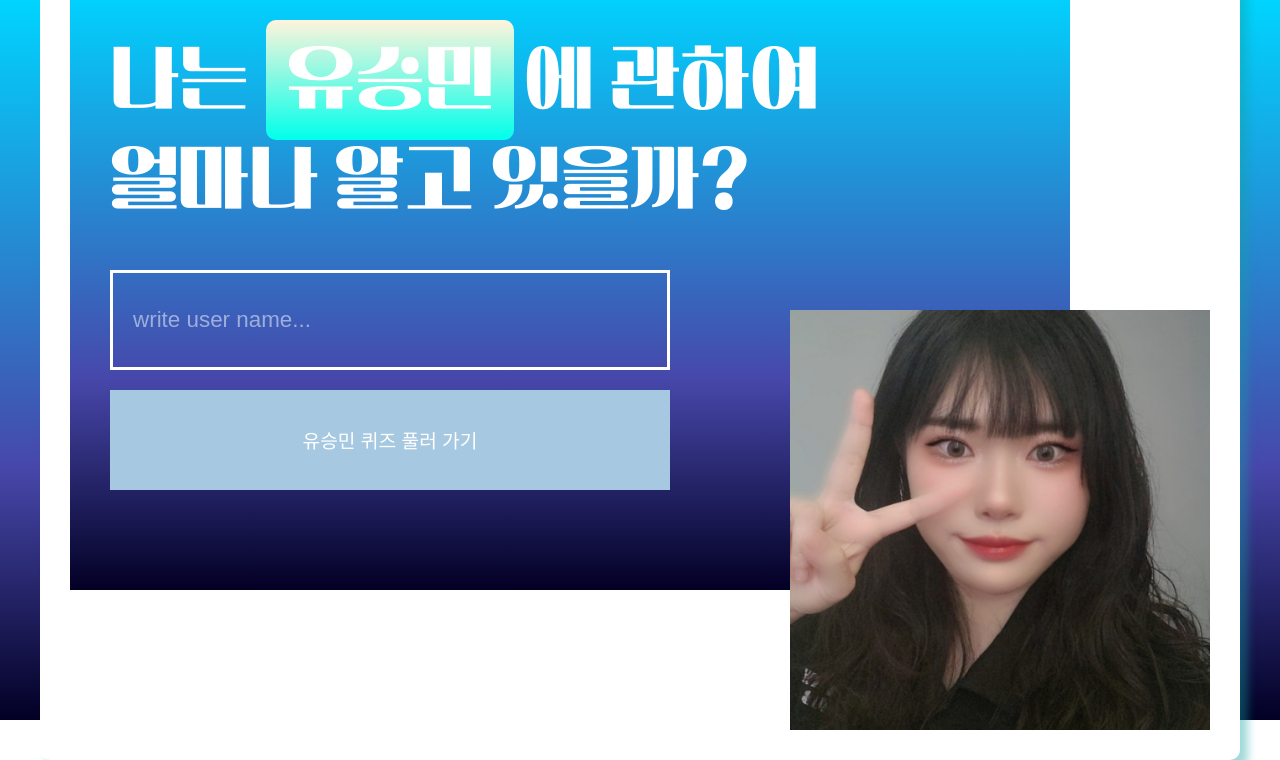
Repository: dnjfht/quiz3
Page: /
These files come from the project's save history. The page is drawn as it stood at one moment and after the next save; the edit follows.
The browser window is 1280 px wide. The pictures show the whole page.
The project was rebuilt for these pictures with package versions that can differ from the ones it lists, and the page was loaded fresh each time. Also part of the build but not shown: src/components/Progress.js, src/components/Quiz.js, src/components/Score.js, src/components/Message.js, src/components/Ranking.js, src/components/NotPage.js.

Above is the page before, as saved 2023-04-15 23:42:00.

### src/index.js
import React from "react";
import ReactDOM from "react-dom/client";
import "./index.css";
import App from "./App";
import reportWebVitals from "./reportWebVitals";
import { BrowserRouter } from "react-router-dom";
import { Provider } from "react-redux";
import store from "./redux/config/configStore";

const root = ReactDOM.createRoot(document.getElementById("root"));
root.render(
  <Provider store={store}>
    <BrowserRouter>
      <App />
    </BrowserRouter>
  </Provider>
);

// If you want to start measuring performance in your app, pass a function
// to log results (for example: reportWebVitals(console.log))
// or send to an analytics endpoint. Learn more: https://bit.ly/CRA-vitals
reportWebVitals();

### src/index.css
body {
  margin: 0;
  font-family: -apple-system, BlinkMacSystemFont, "Segoe UI", "Roboto", "Oxygen",
    "Ubuntu", "Cantarell", "Fira Sans", "Droid Sans", "Helvetica Neue",
    sans-serif;
  -webkit-font-smoothing: antialiased;
  -moz-osx-font-smoothing: grayscale;
}

code {
  font-family: source-code-pro, Menlo, Monaco, Consolas, "Courier New",
    monospace;
}

@font-face {
  font-family: "ddalgifont";
  src: url("./fonts/고령딸기체+TTF.ttf");
}

@font-face {
  font-family: "chabfont";
  src: url("./fonts/chab.ttf");
}

@font-face {
  font-family: "ddagfont";
  src: url("./fonts/ddag.ttf");
}

### src/App.js
import styled from "styled-components";
import Router from "./shared/Router";

const Wrap = styled.div`
  width: 100%;
  height: 100vh;
  background: rgb(2, 0, 36);
  background: linear-gradient(
    0deg,
    rgba(2, 0, 36, 1) 0%,
    rgba(71, 71, 170, 1) 35%,
    rgba(0, 212, 255, 1) 100%
  );

  position: relative;
`;

const ContentWrap = styled.div`
  width: 1200px;
  height: 800px;
  padding: 30px;
  box-sizing: border-box;
  background-color: white;
  border-radius: 10px;
  box-shadow: 8px 8px 8px rgba(21, 159, 161, 0.4);

  position: absolute;
  top: 50%;
  margin-top: -400px;
  left: 50%;
  margin-left: -600px;
`;

function App() {
  return (
    <Wrap>
      <ContentWrap>
        <Router />
      </ContentWrap>
    </Wrap>
  );
}

export default App;

### src/redux/config/configStore.js
import { combineReducers, createStore, applyMiddleware } from "redux";
import thunk from "redux-thunk";
import quiz from "../modules/quiz";
import rank from "../modules/rank";

const middlewares = [thunk];
// 미들웨어들도 하나로 묶어줘야 힘.

const rootReducer = combineReducers({
  quiz: quiz,
  rank: rank,
});

const enhancer = applyMiddleware(...middlewares);
// reducer 말고 옵셔널하게 추가하는 애들의 모음.
// 여기 미들웨어를 적용해 넣을 거임.

const store = createStore(rootReducer, enhancer);
export default store;

### src/shared/Router.js
import React from "react";
import { Routes, Route } from "react-router-dom";
import Start from "../components/Start";
import Quiz from "../components/Quiz";
import Score from "../components/Score";
import Message from "../components/Message";
import Ranking from "../components/Ranking";
import NotPage from "../components/NotPage";

export default function Router() {
  return (
    <>
      <Routes>
        <Route path="/" element={<Start />} />
        <Route path="/quiz" element={<Quiz />} />
        <Route path="/score" element={<Score />} />
        <Route path="/message" element={<Message />} />
        <Route path="/ranking" element={<Ranking />} />
        <Route path="*" element={<NotPage />} />
      </Routes>
    </>
  );
}

### src/redux/modules/quiz.js
// action value
const ADDUSERANSWER = "add_user_answer";
const RESETUSERANSWER = "reset_user_answer";

// action creator

export const AddUserAnswer = (payload) => {
  return {
    type: ADDUSERANSWER,
    payload: payload,
  };
};

export const ResetUserAnswer = (payload) => {
  return {
    type: RESETUSERANSWER,
    payload: payload,
  };
};

// initialState
const initialState = {
  name: "유승민",
  quiz_list: [
    {
      image: "assets/1.png",
      quiz: "승민의 mbti는 intj다?",
      answer: false,
    },
    {
      image: "assets/2.png",
      quiz: "승민은 공감을 잘해주는 사람을 좋아한다?",
      answer: true,
    },
    {
      image: "assets/3.png",
      quiz: "승민은 사람들이랑 대화하고 알아가는 것을 즐긴다?",
      answer: true,
    },
    {
      image: "assets/4.png",
      quiz: "승민은 자기개발하는걸 좋아한다?",
      answer: true,
    },
    {
      image: "assets/5.png",
      quiz: "승민의 관심있을 때 하는 행동은 선톡을 하는 것이다?",
      answer: true,
    },
    {
      image: "assets/6.png",
      quiz: "승민은 불같은 연애보다 서로 믿고 의지할 수 있는 연애를 선호한다?",
      answer: true,
    },
    {
      image: "assets/7.png",
      quiz: "승민은 계획을 세우고 차근차근 계획에 옮기는걸 선호한다?",
      answer: true,
    },
    {
      image: "assets/8.png",
      quiz: "승민은 놀이기구 타는 것을 좋아한다?",
      answer: false,
    },
    {
      image: "assets/9.png",
      quiz: "승민은 고1 때부터 흡연을 했다?",
      answer: false,
    },
    {
      image: "assets/10.png",
      quiz: "승민은 소개팅을 나간 적이 있다?",
      answer: false,
    },
    {
      image: "assets/11.png",
      quiz: "승민은 소개팅과 같은 인위적인 만남을 좋아한다?",
      answer: false,
    },
    {
      image: "assets/12.png",
      quiz: "승민은 연인과 갈등이 있을 때 대화로 푸는 것을 선호한다?",
      answer: true,
    },
    {
      image: "assets/13.png",
      quiz: "승민은 연애할 때 항상 상대방의 기분이 우선이다?",
      answer: true,
    },
    {
      image: "assets/14.png",
      quiz: "승민은 좋아하는 사람에게 선물주는 것을 좋아한다?",
      answer: true,
    },
    {
      image: "assets/15.png",
      quiz: "승민은 감수성이 풍부해서 슬픈 영화나 만화를 보고 잘 운다?",
      answer: true,
    },
    {
      image: "assets/16.png",
      quiz: "승민은 본래 무뚝뚝한 성격이다?",
      answer: true,
    },
    {
      image: "assets/17.png",
      quiz: "승민의 노래방 18번곡은 나비무덤이다?",
      answer: false,
    },
    {
      image: "assets/18.png",
      quiz: "승민은 핫플을 돌아다니면서 맛집 탐방을 하고 사진 찍는 데이트를 선호한다?",
      answer: true,
    },
    {
      image: "assets/19.png",
      quiz: "승민은 연애할 때 꽃이나 편지 받는걸 좋아한다?",
      answer: true,
    },
    {
      image: "assets/20.png",
      quiz: "승민은 번호를 따인 적이 있다?",
      answer: false,
    },
  ],
  user_answer: [],
  result_text: {
    40: "나랑 친하지 않은가보군?😑",
    60: "나랑 좀 더 친해져야겠다🙃",
    80: "내적 친밀감 80퍼센트!😎",
    100: "뭐야, 넌 내 소울메이트...!?💖",
  },
};

// reducer

const quiz = (state = initialState, action) => {
  switch (action.type) {
    case ADDUSERANSWER: {
      const newUserAnswer = [...state.user_answer, action.payload];
      return { ...state, user_answer: newUserAnswer };
    }
    case RESETUSERANSWER: {
      return { ...state, user_answer: [] };
    }
    default:
      return state;
  }
};

export default quiz;

### src/redux/modules/rank.js
import { db } from "../../firebase";
import {
  collection,
  getDocs,
  addDoc,
  doc,
  updateDoc,
  deleteDoc,
  getDoc,
} from "firebase/firestore";

// action value
const ADDUSERNAME = "add_user_name";
const GETRANK = "get_rank";
const ADDRANK = "add_rank";

// action creator
export const GetRank = (payload) => {
  return {
    type: GETRANK,
    payload: payload,
  };
};

export const AddUserName = (payload) => {
  return {
    type: ADDUSERNAME,
    payload: payload,
  };
};

export const AddRank = (payload) => {
  return {
    type: ADDRANK,
    payload: payload,
  };
};

export const loadQuizFB = () => {
  return async function (dispatch) {
    const quiz_data = await getDocs(collection(db, "quiz"));
    console.log(quiz_data);

    let quiz_list = [];

    quiz_data.forEach((doc) => {
      console.log(doc.data());
      quiz_list.push({ id: doc.id, ...doc.data() });
    });

    console.log(quiz_list);

    dispatch(GetRank(quiz_list));
  };
};

export const addQuizFB = (payload) => {
  return async function (dispatch) {
    const docRef = await addDoc(collection(db, "quiz"), payload);
    // const _quiz = await getDoc(docRef);
    // const quiz = { id: _quiz.id, ..._quiz.data() };
    // dispatch(AddRank(quiz));

    // 추가한 데이터 중 id를 가져와서 bucket_data 만들기.
    // const bucket_data = { id: docRef.id, ...payload };
    // // 마지막으로 액션 일으키기 (수정해달라고 요청)
    // dispatch(createWidget(bucket_data));
  };
};

// initialState
const initialState = {
  user_name: "",
  rank: [
    // { score: 100, name: "방가방가", comment: "다들 잘생겼다" },
    // { score: 40, name: "이하늘", comment: "너무 어려운데..." },
    // { score: 60, name: "오하요~!", comment: "잘 생긴 사람이 곧 이상형" },
  ],
};

// reducer
const rank = (state = initialState, action) => {
  switch (action.type) {
    case GETRANK: {
      console.log(action.payload);
      return { ...state, rank: action.payload };
    }
    case ADDUSERNAME: {
      return { ...state, user_name: action.payload };
    }
    case ADDRANK: {
      const new_rank_data = [...state.rank, action.payload];
      return { ...state, rank: new_rank_data };
    }
    default:
      return state;
  }
};
export default rank;

### src/components/Start.js
import React from "react";
import styled from "styled-components";
import { useRef } from "react";
import { useDispatch, useSelector } from "react-redux";
import { useNavigate } from "react-router-dom";
import { AddUserName } from "../redux/modules/rank";

const Wrap = styled.div`
  width: 100%;
  height: 100%;
`;

const Square = styled.div`
  width: 1000px;
  height: 600px;
  padding: 40px;
  box-sizing: border-box;
  background: rgb(2, 0, 36);
  background: linear-gradient(
    0deg,
    rgba(2, 0, 36, 1) 0%,
    rgba(71, 71, 170, 1) 35%,
    rgba(0, 212, 255, 1) 100%
  );
  display: flex;
  flex-direction: column;
  align-items: flex-start;

  position: relative;
`;

const Title = styled.h3`
  margin: 0;

  font-family: "ddagfont";
  font-size: 4.6rem;
  font-weight: lighter;
  color: #fff;

  & > span {
    margin-right: 10px;
    padding: 10px 20px;
    background: rgb(0, 255, 235);
    background: linear-gradient(
      0deg,
      rgba(0, 255, 235, 1) 0%,
      rgba(255, 244, 219, 1) 100%
    );
    border-radius: 10px;
  }
`;

const ImgWrap = styled.img`
  width: 420px;
  height: 420px;

  position: absolute;
  bottom: -140px;
  right: -140px;
`;

const UserNameInput = styled.input`
  width: 560px;
  height: 100px;
  margin-top: 40px;
  padding: 20px;
  box-sizing: border-box;
  background-color: transparent;
  border: 3px solid #fff;

  color: white;
  font-size: 1.4rem;

  outline: none;

  &::placeholder {
    color: rgba(255, 255, 255, 0.5);
  }
`;

const Button = styled.button`
  width: 560px;
  height: 100px;
  margin-top: 20px;
  background-color: #a6c9e1;
  border: none;

  font-size: 1.2rem;
  color: white;

  transition: all 0.5s;

  &:hover {
    background-color: white;
    border: 3px solid #1eaddb;

    color: #1eaddb;
    font-weight: 400;

    cursor: pointer;
  }
`;

export default function Start() {
  const dispatch = useDispatch();
  const navigate = useNavigate();

  const name = "유승민";

  const randomNumber = Math.floor(Math.random() * 10) + 10;

  const userNameInputRef = useRef(null);

  const handleAddUserName = (event) => {
    event.preventDefault();

    dispatch(AddUserName(userNameInputRef.current.value));

    userNameInputRef.current.value = "";

    navigate("/quiz");
  };

  const quiz_list = useSelector((state) => state.quiz.quiz_list);

  return (
    <Wrap>
      <Square>
        <Title>
          나는 <span>{name}</span>에 관하여
          <br />
          얼마나 알고 있을까?
        </Title>

        <ImgWrap
          src={process.env.PUBLIC_URL + `${quiz_list[randomNumber].image}`}
        />

        <UserNameInput
          type="text"
          placeholder="write user name..."
          ref={userNameInputRef}
        />

        <Button onClick={handleAddUserName}>{`${name} 퀴즈 풀러 가기`}</Button>
      </Square>
    </Wrap>
  );
}

### src/firebase.js
// Import the functions you need from the SDKs you need
import { initializeApp } from "firebase/app";
import { getFirestore } from "firebase/firestore";
// TODO: Add SDKs for Firebase products that you want to use
// https://firebase.google.com/docs/web/setup#available-libraries

// Your web app's Firebase configuration
// For Firebase JS SDK v7.20.0 and later, measurementId is optional
const firebaseConfig = {
  apiKey: "AIzaSyAQCzx3TeRMhfQ14uI1xPuxKIeyOukr2zs",
  authDomain: "seungmin-s-quiz2.firebaseapp.com",
  projectId: "seungmin-s-quiz2",
  storageBucket: "seungmin-s-quiz2.appspot.com",
  messagingSenderId: "764474150624",
  appId: "1:764474150624:web:e3932df48db64f86c44a85",
  measurementId: "G-NK0EYYQQFF",
};

// Initialize Firebase
const app = initializeApp(firebaseConfig);
export const db = getFirestore(app);

Loaded but not shown: public/index.html (common file); src/reportWebVitals.js (common file)

After the next save:
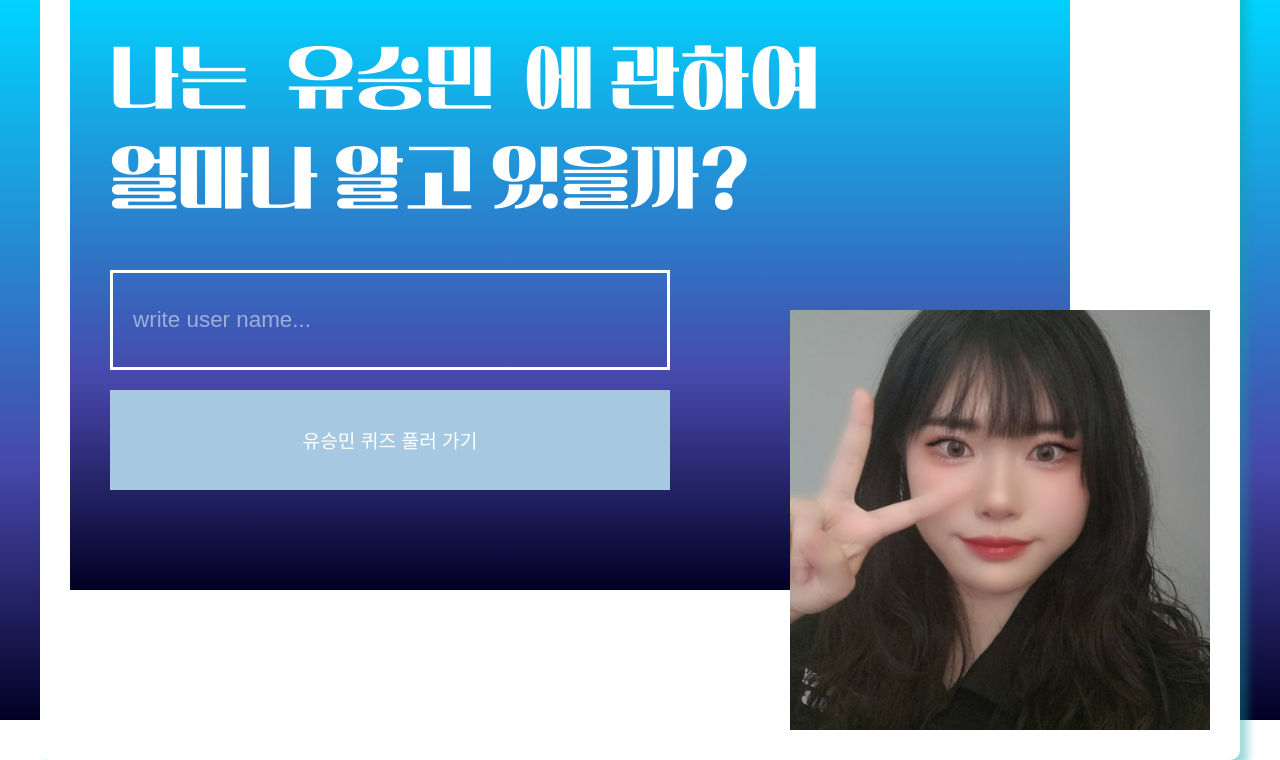
Saved 14 s later.
--- a/src/components/Start.js
+++ b/src/components/Start.js
@@ -40,12 +40,7 @@ const Title = styled.h3`
   & > span {
     margin-right: 10px;
     padding: 10px 20px;
-    background: rgb(0, 255, 235);
-    background: linear-gradient(
-      0deg,
-      rgba(0, 255, 235, 1) 0%,
-      rgba(255, 244, 219, 1) 100%
-    );
+    #a6c9e1
     border-radius: 10px;
   }
 `;
